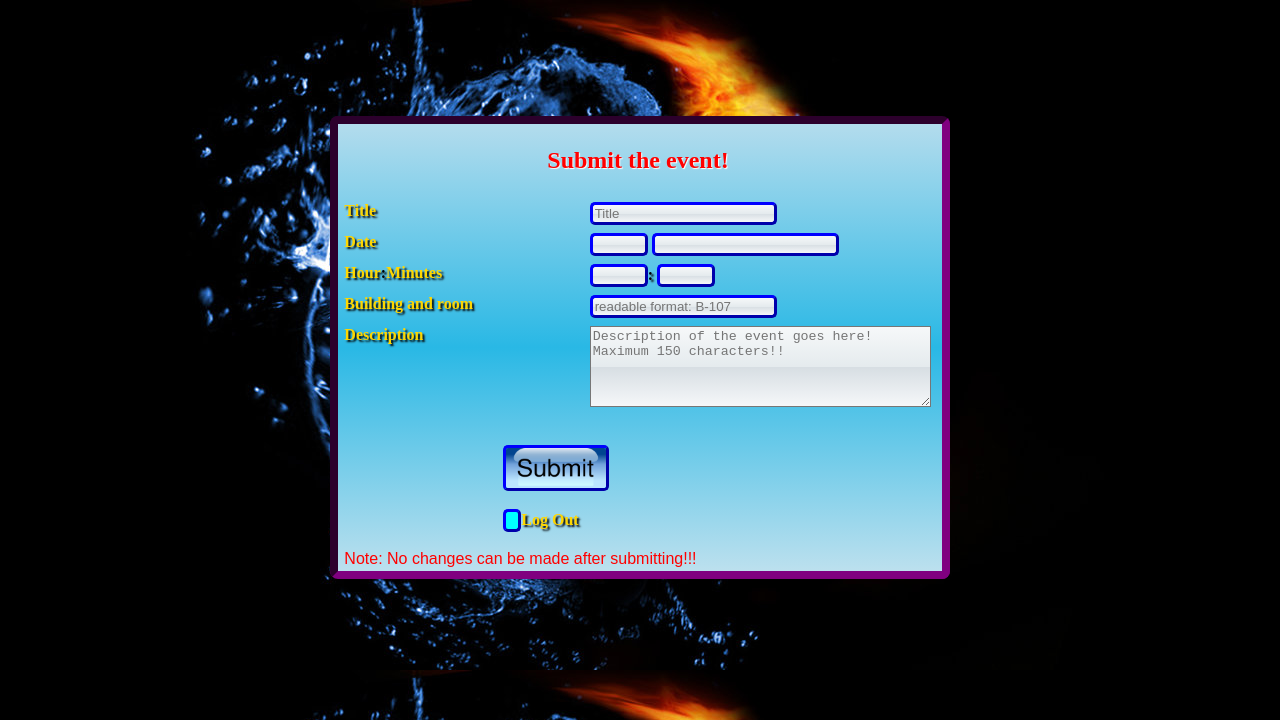
Repository: Albocoder/Event-handler
Page: loginBrain/WebContent/loginAccepted.html
These files come from the project's save history. The page is drawn as it stood at one moment and after the next save; the edit follows.
The browser window is 1280 px wide. The pictures show the whole page.

Above is the page before, as saved 2015-08-11 08:09:04.

### loginBrain/WebContent/loginAccepted.html
<!DOCTYPE html>
<html>
<head>
<title>Submit event</title>
<style type="text/css">
select{
	color: yellow;
	background-color: blue;
	font-weight: bold;
}
select option{
	color: black;
	background: yellow;
}
	table {
			color: gold;
 			font-weight: bold;
			text-shadow: 2px 2px 2px black;
			border:8px inset purple;
			border-radius: 8px;
background: rgba(179,220,237,1);
background: -moz-linear-gradient(top, rgba(179,220,237,1) 0%, rgba(41,184,229,1) 50%, rgba(188,224,238,1) 100%);
background: -webkit-gradient(left top, left bottom, color-stop(0%, rgba(179,220,237,1)), color-stop(50%, rgba(41,184,229,1)), color-stop(100%, rgba(188,224,238,1)));
background: -webkit-linear-gradient(top, rgba(179,220,237,1) 0%, rgba(41,184,229,1) 50%, rgba(188,224,238,1) 100%);
background: -o-linear-gradient(top, rgba(179,220,237,1) 0%, rgba(41,184,229,1) 50%, rgba(188,224,238,1) 100%);
background: -ms-linear-gradient(top, rgba(179,220,237,1) 0%, rgba(41,184,229,1) 50%, rgba(188,224,238,1) 100%);
background: linear-gradient(to bottom, rgba(179,220,237,1) 0%, rgba(41,184,229,1) 50%, rgba(188,224,238,1) 100%);
filter: progid:DXImageTransform.Microsoft.gradient( startColorstr='#b3dced', endColorstr='#bce0ee', GradientType=0 );
}
body {
	background-image:url('wallpaper.jpg');
}

input.input{
	margin-left: 159px;
	background: cyan;
	margin-bottom: 10px;
}
th{
	color:red;
	text-shadow: 1px 1px 1px white;
}
th:hover{
	color: green;
}
input{
	border: 3px outset blue;
	border-radius: 5px;
	color: black;
	background: rgb(246,248,249); /* Old browsers */
	background: -moz-linear-gradient(top,  rgba(246,248,249,1) 0%, rgba(229,235,238,1) 50%, rgba(215,222,227,1) 51%, rgba(245,247,249,1) 100%); /* FF3.6+ */
	background: -webkit-gradient(linear, left top, left bottom, color-stop(0%,rgba(246,248,249,1)), color-stop(50%,rgba(229,235,238,1)), color-stop(51%,rgba(215,222,227,1)), color-stop(100%,rgba(245,247,249,1))); /* Chrome,Safari4+ */
	background: -webkit-linear-gradient(top,  rgba(246,248,249,1) 0%,rgba(229,235,238,1) 50%,rgba(215,222,227,1) 51%,rgba(245,247,249,1) 100%); /* Chrome10+,Safari5.1+ */
	background: -o-linear-gradient(top,  rgba(246,248,249,1) 0%,rgba(229,235,238,1) 50%,rgba(215,222,227,1) 51%,rgba(245,247,249,1) 100%); /* Opera 11.10+ */
	background: -ms-linear-gradient(top,  rgba(246,248,249,1) 0%,rgba(229,235,238,1) 50%,rgba(215,222,227,1) 51%,rgba(245,247,249,1) 100%); /* IE10+ */
	background: linear-gradient(to bottom,  rgba(246,248,249,1) 0%,rgba(229,235,238,1) 50%,rgba(215,222,227,1) 51%,rgba(245,247,249,1) 100%); /* W3C */
	filter: progid:DXImageTransform.Microsoft.gradient( startColorstr='#f6f8f9', endColorstr='#f5f7f9',GradientType=0 ); /* IE6-9 */

}
textarea{
background: rgb(246,248,249); /* Old browsers */
	background: -moz-linear-gradient(top,  rgba(246,248,249,1) 0%, rgba(229,235,238,1) 50%, rgba(215,222,227,1) 51%, rgba(245,247,249,1) 100%); /* FF3.6+ */
	background: -webkit-gradient(linear, left top, left bottom, color-stop(0%,rgba(246,248,249,1)), color-stop(50%,rgba(229,235,238,1)), color-stop(51%,rgba(215,222,227,1)), color-stop(100%,rgba(245,247,249,1))); /* Chrome,Safari4+ */
	background: -webkit-linear-gradient(top,  rgba(246,248,249,1) 0%,rgba(229,235,238,1) 50%,rgba(215,222,227,1) 51%,rgba(245,247,249,1) 100%); /* Chrome10+,Safari5.1+ */
	background: -o-linear-gradient(top,  rgba(246,248,249,1) 0%,rgba(229,235,238,1) 50%,rgba(215,222,227,1) 51%,rgba(245,247,249,1) 100%); /* Opera 11.10+ */
	background: -ms-linear-gradient(top,  rgba(246,248,249,1) 0%,rgba(229,235,238,1) 50%,rgba(215,222,227,1) 51%,rgba(245,247,249,1) 100%); /* IE10+ */
	background: linear-gradient(to bottom,  rgba(246,248,249,1) 0%,rgba(229,235,238,1) 50%,rgba(215,222,227,1) 51%,rgba(245,247,249,1) 100%); /* W3C */
	filter: progid:DXImageTransform.Microsoft.gradient( startColorstr='#f6f8f9', endColorstr='#f5f7f9',GradientType=0 ); /* IE6-9 */

}
tr td{
	position: relative;
	padding-right: 5px;
	padding-left: 4px;
	padding-top: 5px;
	vertical-align: top;
}
tr.disclaimer{
	font-weight: normal;
	color: red;
	font-family: arial;
	text-shadow: none;
}
</style>
</head>
<body>
<center>
<table>
<br>
<br>
<form method="POST" action="Submitter"> <!-- this will be a form and action taken will be when clicking the image.-->
<th colspan="2"><h2>Submit the event!</2><th>
<tr><td>Title</td><td><input name="title" type="text" placeholder="Title"/></td></tr>
<tr><td>Date</td><td>
<input type="number" name="day" min="1" max="31">
<input list="months" name="month">
<datalist id="months">
  <option value="1">Jan
  <option value="2">Feb
  <option value="3">Mar
  <option value="4">Apr
  <option value="5">May
  <option value="6">Jun
  <option value="7">Jul
  <option value="8">Aug
  <option value="9">Sep
  <option value="10">Oct
  <option value="11">Nov
  <option value="12">Dec
</datalist>
</td></tr>
<tr><td>Hour<b style="color:black;">:</b>Minutes</td><td><input type="number" name="hour" min="0" max="24"><b style="color:black;">:</b>
<input type="number" name="minutes" min="0" max="60">
</td></tr>
<tr><td>Building and room</td><td><input name="place" type="text" placeholder="readable format: B-107"/></td></tr>
<br><br><br><br>
<tr><td>Description</td><td><textarea name="desc" rows="5" cols="40" placeholder="Description of the event goes here! Maximum 150 characters!!" maxlength="150" /></textarea></td></tr>
<tr>
<td colspan = "2">
</tr>
<tr><td colspan="2">
<br>
<input class="input" type="image" src="submit.png" alt="submit" align="center" width="100" height="40">
</td>
</tr>
</form>
<tr><td><form method="GET" action="Submitter"><input class="input" type="button" alt="LogOut" align="center" width="60" height="30">Log Out</input></form></td></tr>
<tr class="disclaimer" ><td colspan="2">Note: No changes can be made after submitting!!!</td></tr>
</table>
</center>
</body>
</html>

After the next save:
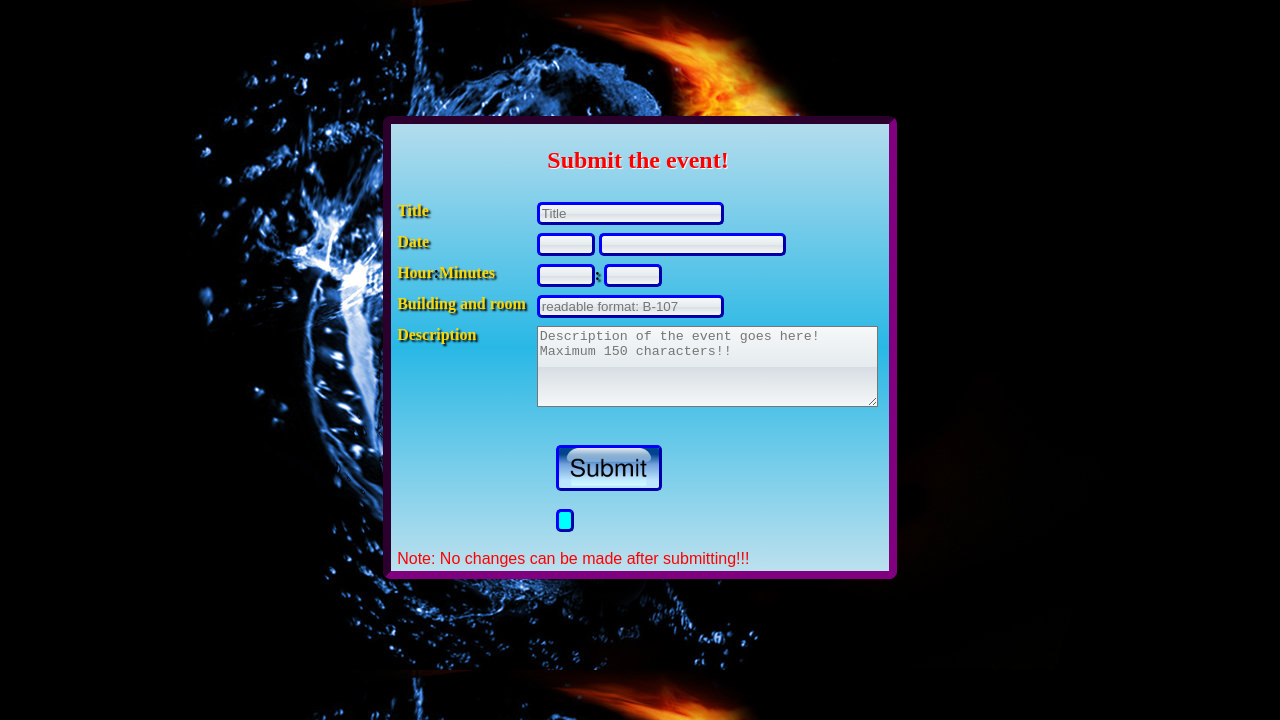
Saved 32 s later.
--- a/loginBrain/WebContent/loginAccepted.html
+++ b/loginBrain/WebContent/loginAccepted.html
@@ -124,7 +124,7 @@ tr.disclaimer{
 </td>
 </tr>
 </form>
-<tr><td><form method="GET" action="Submitter"><input class="input" type="button" alt="LogOut" align="center" width="60" height="30">Log Out</input></form></td></tr>
+<tr><td colspan="2"><form method="GET" action="Submitter"><input class="input" type="button" alt="LogOut" align="center" width="60" height="30"></form></td></tr>
 <tr class="disclaimer" ><td colspan="2">Note: No changes can be made after submitting!!!</td></tr>
 </table>
 </center>
